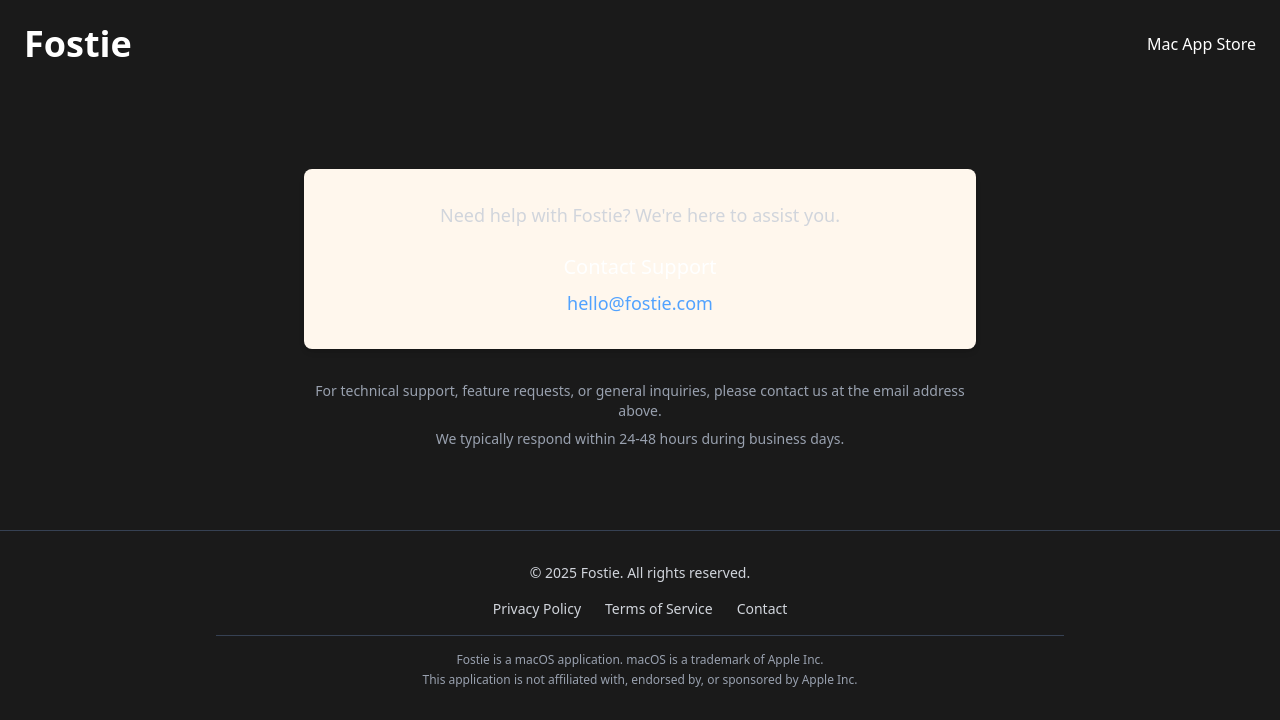
Repository: atimael/fostie-web
Page: /
The author's editor kept a copy of each file at every save. The page is drawn from the files as they stood at one save, then again after the next save.
The browser window is 1280 px wide. The pictures show the whole page.
The project was rebuilt for these pictures with package versions that can differ from the ones it lists, and the page was loaded fresh each time. The framework's server and built-in components were replaced by stand-ins that run in the browser. Also part of the build but not shown: next.config.js.

Above is the page before, as saved 2025-05-27 20:04:18.

After the next save:
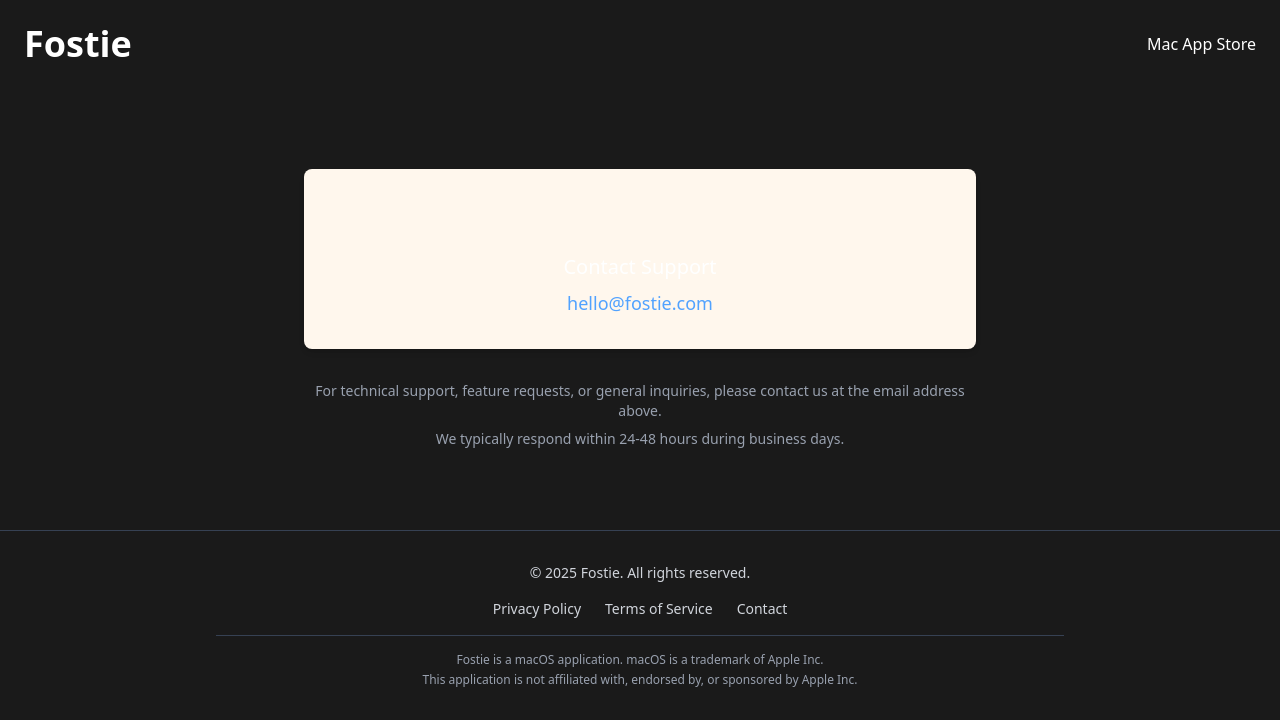
Saved 21 s later.
--- a/components/main.tsx
+++ b/components/main.tsx
@@ -3,7 +3,7 @@
     <div className="flex-1 flex items-center justify-center px-6 py-12">
       <div className="max-w-2xl mx-auto text-center">
         <div className=" bg-orange-50 rounded-lg shadow-md p-8 mb-8">
-          <p className="text-lg text-gray-700 dark:text-gray-300 mb-6">
+          <p className="text-lg text-orange-50 mb-6">
             Need help with Fostie? We're here to assist you.
           </p>
 
